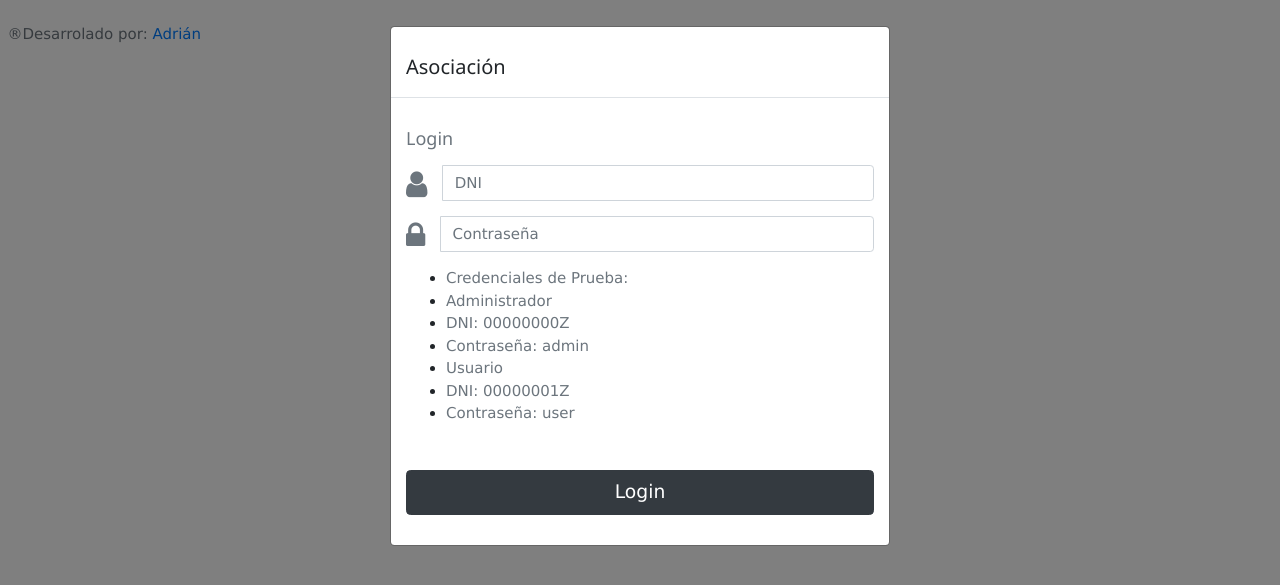
Repository: adrianllorian/adrianllorian-gestion-asociacion-backend
Page: WebStorage/index.html
The author's editor kept a copy of each file at every save. The page is drawn from the files as they stood at one save, then again after the next save.
The browser window is 1280 px wide. The pictures show the whole page.
Some web libraries are served in a nearby version.

Above is the page before, as saved 2022-01-14 21:06:47.

After the next save:
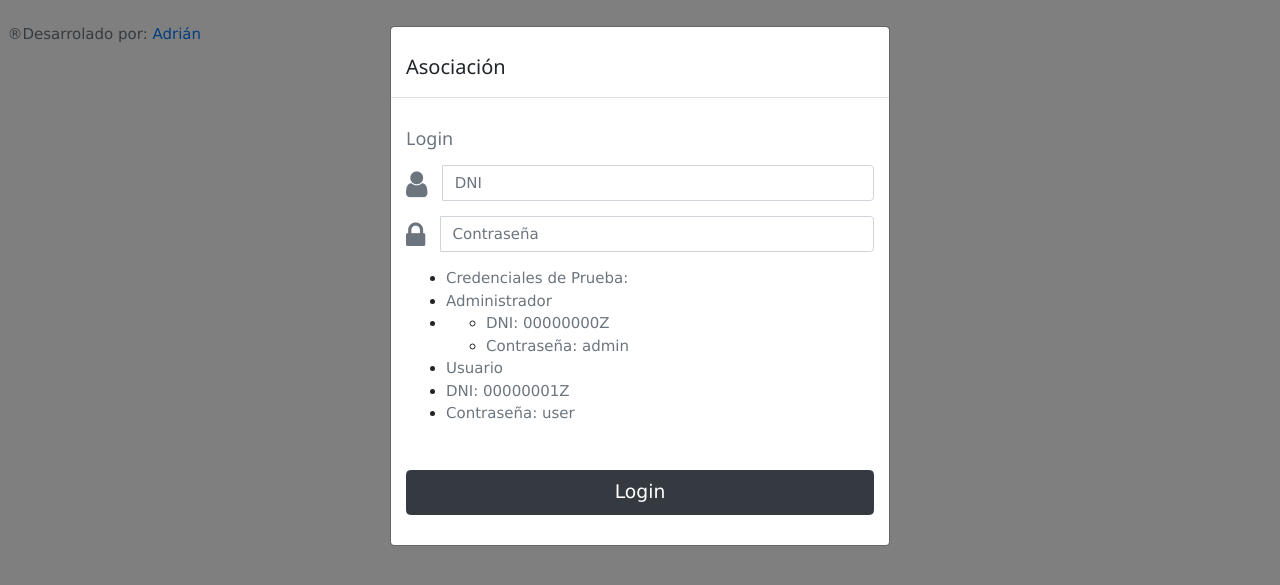
Saved 110 s later.
--- a/WebStorage/index.html
+++ b/WebStorage/index.html
@@ -267,8 +267,12 @@
                             <ul>
                             <li><span class="text-muted">Credenciales de Prueba:</span></li>
                             <li><span class="text-muted">Administrador</span></li>
-                            <li><span class="text-muted">DNI:  00000000Z</span></li>
-                            <li><span class="text-muted">Contraseña:  admin</span></li>
+                            <li>
+                                <ul>
+                                <li><span class="text-muted">DNI:  00000000Z</span></li>
+                                <li><span class="text-muted">Contraseña:  admin</span></li>
+                                </ul>
+                            </li>
 
                             <li><span class="text-muted">Usuario</span></li>
                             <li><span class="text-muted">DNI:  00000001Z</span></li>
